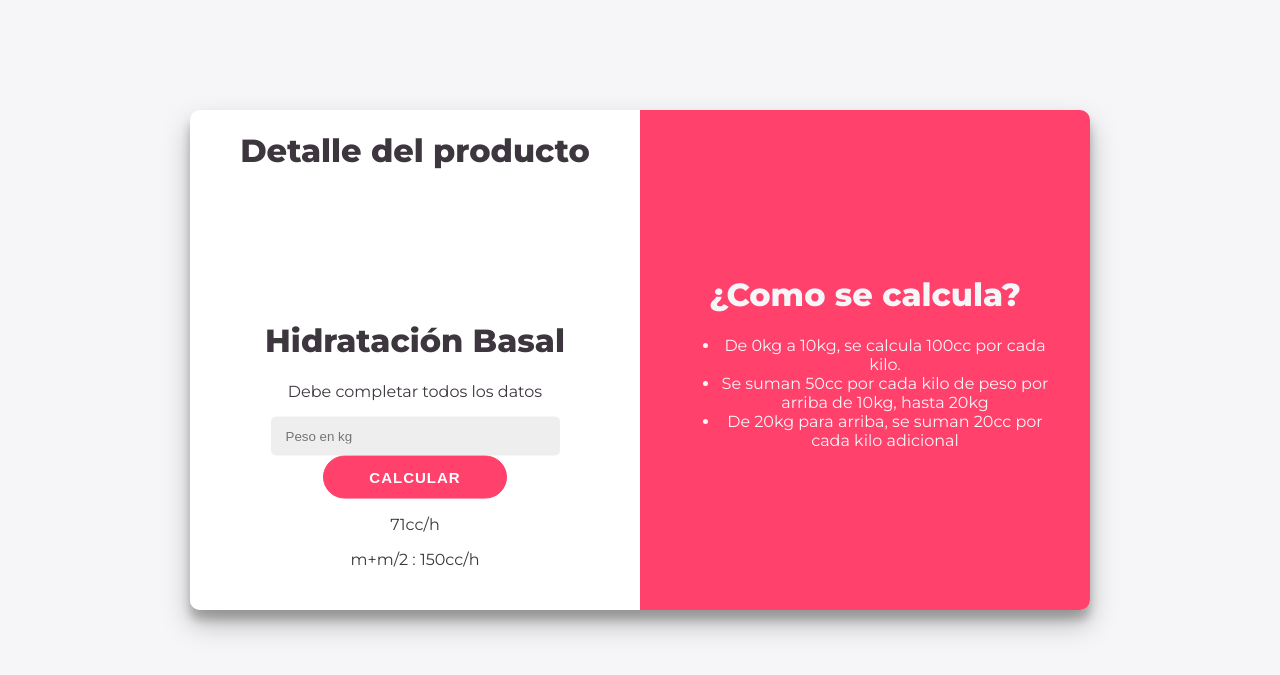
Repository: Fredy452/calculadora_basal
Page: index.html
These files come from the project's save history. The page is drawn as it stood at one moment and after the next save; the edit follows.
The browser window is 1280 px wide. The pictures show the whole page.

Above is the page before, as saved 2023-04-21 11:46:48.

### index.html
<!DOCTYPE html>
<html lang="en">
<head>
    <meta charset="UTF-8">
    <meta http-equiv="X-UA-Compatible" content="IE=edge">
    <meta name="viewport" content="width=device-width, initial-scale=1.0">
    <title>Calculadora de hidratación</title>
    <link rel="stylesheet" href="style.css">
</head>
<body>
    <div id="contenedor">
        <div id="calculadora">
            <h1>Detalle del producto</h1>
            <div class="contenido">
                <h1>Hidratación Basal</h1>
                <p class="item"> Debe completar todos los datos</p>
                <input type="number" name="peso" id="peso" placeholder="Peso en kg">
                <p class="item" id="error">* Debe completar todos los datos</p>
                <button class="item" id="calcular">Calcular</button>
                <p class="item resultado">71cc/h</p>
                <p class="item resultado">m+m/2 : 150cc/h</p>
            </div>
        </div>
        <div id="detalle">
            <div class="contenido">
                <h1>¿Como se calcula?</h1>
                <ul>
                    <li>De 0kg a 10kg, se calcula 100cc por cada kilo.</li>
                    <li>Se suman 50cc por cada kilo de peso por arriba de 10kg, hasta 20kg</li>
                    <li>De 20kg para arriba, se suman 20cc por cada kilo adicional</li>
                </ul>
            </div>
        </div>
    </div>
</body>
</html>

### style.css
@import url('https://fonts.googleapis.com/css?family=Montserrat:400,800');

body{
    font-family: 'Montserrat', sans-serif;
    background: #f6f5f7;
    color: #3E363F;
}
#contenedor{
    width: 900px;
    height: 500px;
    position: absolute;
    text-align: center;
    inset: 0;
    margin: auto;
    border-radius: 10px;
    overflow: hidden;
    box-shadow: 0 14px 28px rgba(0,0,0,0.25),
    0 10px 10px rgba(0,0,0,0.22);
}
#calculadora{
    background: white;
    width: 50%;
    height: 100%;
    float: left;
}
#detalle{
    background: #FF416C;
    width: 50%;
    height: 100%;
    float: left;
    color: #f6f5f7;
}
.contenido{
    /* Centrando el contenido de los divs */
    position: relative;
    top: 50%;
    transform: translateY(-50%);
    overflow: hidden;
    padding: 40px;
}
input{
    width: 70%;
    padding: 12px 15px;
    border: none;
    background-color: #eee;
    outline: none;
    border-radius: 5px;
    transition: background-color 0.2s, border 0.2s, box-shadow 0.3s;
}
input:hover{
    background-color:#ebe8eb;
    border: 1px solid rgb(143, 138, 138);
    box-shadow: 0 0 10px rgb(126, 122, 122);
}
button{
    font-size: 15px;
    font-weight: bold;
    padding: 12px 45px;
    border-radius: 30px;
    background-color: #ff416c;
    border: 1px solid #ff416c;
    color: #ffffff;
    text-transform: uppercase;
    letter-spacing: 1px;
    transition: transform 20ms ease-in;
}
button:active{
    transform: scale(0.95);
}
#error{
    color: red;
    font-weight: bold;
    display: none;
}

After the next save:
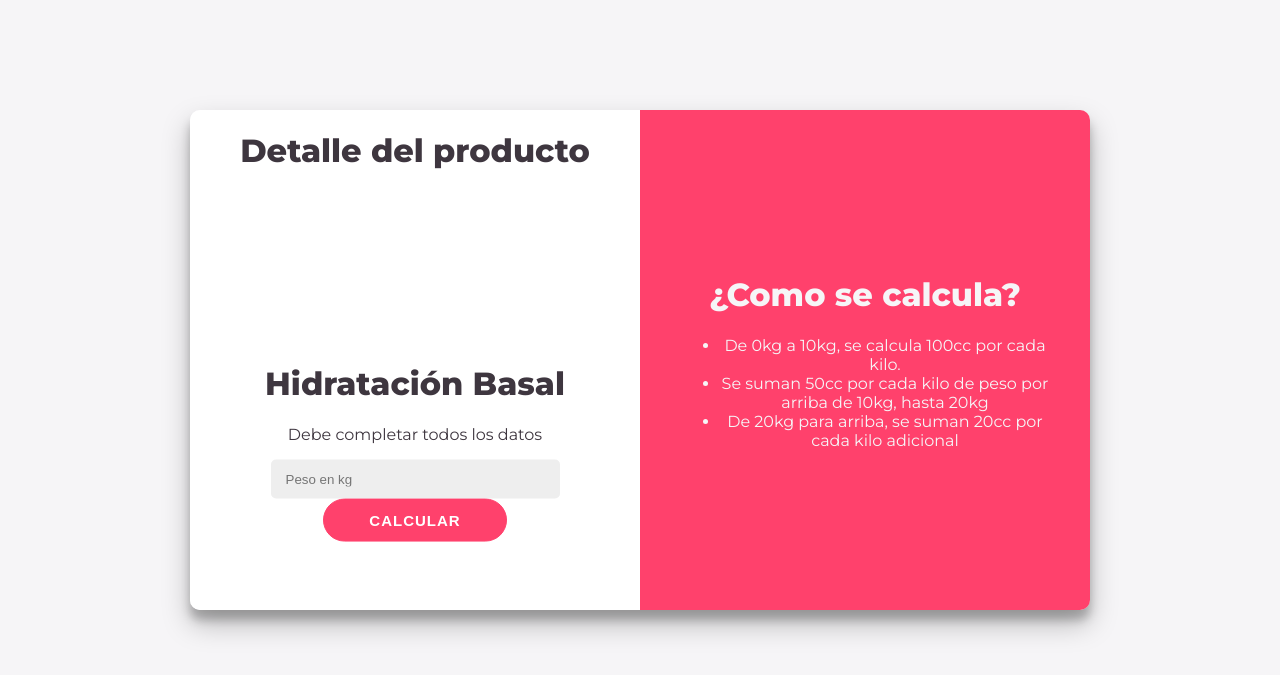
Saved 92 s later.
--- a/style.css
+++ b/style.css
@@ -72,3 +72,10 @@ button:active{
     font-weight: bold;
     display: none;
 }
+.resultado{
+    color: #0A81D1;
+    font-weight: bold;
+    font-size: 25px;
+    margin-bottom: 5px;
+    display: none;
+}
